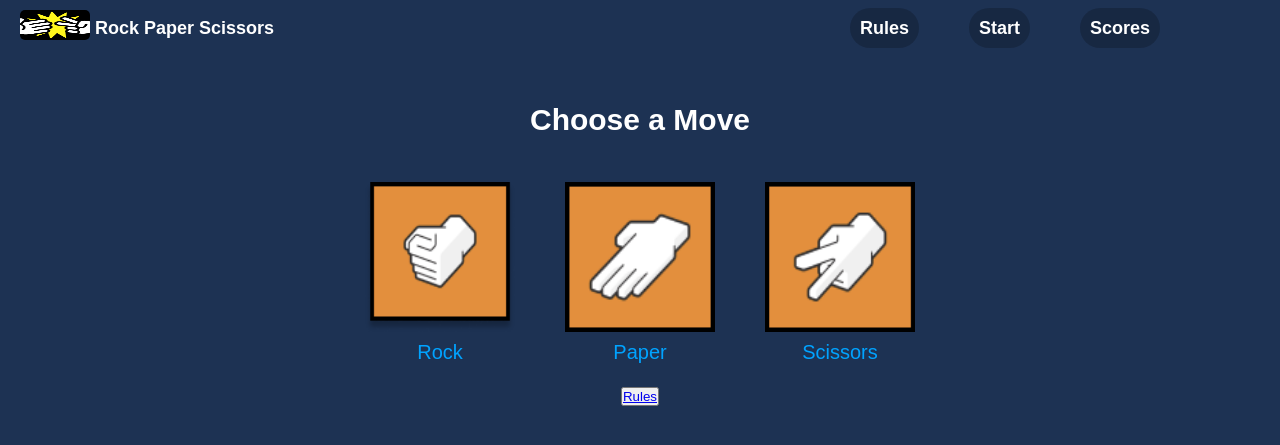
Repository: MikkyPrestige/rock-paper-scissors
Page: game.html
These files come from the project's save history. The page is drawn as it stood at one moment and after the next save; the edit follows.
The browser window is 1280 px wide. The pictures show the whole page.

Above is the page before, as saved 2023-05-08 06:45:48.

### game.html
<!DOCTYPE html>
<html lang="en">

<head>
  <meta charset="UTF-8">
  <meta http-equiv="X-UA-Compatible" content="IE=edge">
  <meta name="viewport" content="width=device-width, initial-scale=1.0">
  <title>Rock, Paper, Scissors</title>
  <link rel="stylesheet" href="./index.css">
</head>

<body>
  <main>
    <header>
      <figure class="headerLogo">
        <a href="/">
          <img src="./img/logo.png" alt="Logo" class="logo">
        </a>
        <figcaption class="logoCaption">Rock Paper Scissors</figcaption>
      </figure>
      <nav>
        <ul>
          <li><a href="#rule">Rules</a></li>
          <li><a href="./game.html">Start</a></li>
          <li><a href="#">Scores</a></li>
        </ul>
      </nav>
    </header>
    <section class="game">
      <h1 class="game--title">Choose a Move</h1>
      <figure class="game--images">
        <div class="game--img">
          <img src="./img/rock.png" alt="Rock image">
          <figcaption class="game--caption">Rock</figcaption>
        </div>
        <div class="game--img">
          <img src="./img/paper.png" alt="paper image">
          <figcaption class="game--caption">Paper</figcaption>
        </div>
        <div class="game--img">
          <img src="./img/scissors.png" alt="scissors image">
          <figcaption class="game--caption">Scissors</figcaption>
        </div>
      </figure>
      <button class="rule-btn">
        <a href="./index.html#rule">Rules</a>
      </button>
    </section>
  </main>
</body>

</html>

### index.css
*,
*::after,
*::before {
  box-sizing: border-box;
  margin: 0;
  padding: 0;
}

html {
  font-size: 62.5%;
}

body {
  font-family: "Fira Sans", sans-serif;
  font-size: 1.6rem;
  line-height: 1.5;
  background: rgba(29, 50, 83, 1);
  color: rgba(255, 255, 255, 1);
  width: 100%;
  height: 100%;
}

main {
  display: flex;
  flex-direction: column;
  justify-content: center;
  align-items: center;
  gap: 2rem;
  height: 100%;
  width: 100%;
}

header {
  display: flex;
  justify-content: space-between;
  align-items: center;
  padding: 1rem 2rem;
  width: 100%;
  height: auto;
}

.headerLogo {
  display: flex;
  align-items: center;
  gap: .5rem;
  height: auto;
}

.logo {
  width: 7rem;
  height: 3rem;
  border-radius: .5rem;
  -webkit-border-radius: .5rem;
  -moz-border-radius: .5rem;
  -ms-border-radius: .5rem;
  -o-border-radius: .5rem;
}

.logoCaption {
  font-size: 1.8rem;
  font-weight: 600;
  color: rgba(255, 255, 255, 1);
}

nav {
  height: auto;
  margin-right: 10rem;
}

ul {
  display: flex;
  justify-content: center;
  align-items: center;
  gap: 5rem;
  list-style: none;
}

li a {
  font-size: 1.8rem;
  font-weight: 600;
  color: rgba(255, 255, 255, 1);
  background: linear-gradient(0deg, rgba(0, 0, 0, 0.2), rgba(0, 0, 0, 0.2)), #1D3253;
  text-decoration: none;
  padding: 1rem;
  border-radius: 2rem;
}

li a:hover {
  background: rgba(255, 255, 255, 1);
  color: rgba(29, 50, 83, 1);
  text-decoration: underline;
}

.home {
  display: flex;
  justify-content: center;
  align-items: center;
  width: 100%;
  height: 70vh;
}

.images {
  position: relative;
  height: 100%;
  flex-basis: 30%;
}

.img {
  background: rgba(253, 253, 253, 0.9);
  border-radius: 50%;
  -webkit-border-radius: 50%;
  -moz-border-radius: 50%;
  -ms-border-radius: 50%;
  -o-border-radius: 50%;
  width: 15rem;
  height: 15rem;
}

.rock {
  position: absolute;
  top: 5rem;
  left: 0rem;
}

.paper {
  position: absolute;
  top: 5rem;
  right: 5rem;
}

.scissors {
  position: absolute;
  bottom: 5rem;
  left: 8rem;
}

.content {
  display: flex;
  flex-direction: column;
  justify-content: center;
  align-items: center;
  gap: 2rem;
}

.content--title {
  font-size: 3.6rem;
  font-weight: 600;
  width: 70%;
  text-transform: uppercase;
}

.content-rock {
  color: rgba(195, 183, 183, 1);
}

.content-scissors {
  color: rgba(233, 35, 35, 1);
}

.content--text {
  font-size: 2.5rem;
  font-weight: 400;
  width: 70%;
}

.fun {
  color: rgba(233, 35, 35, 1);
}

.btn {
  width: 13rem;
  height: 5rem;
  background: #2C7AF0;
  border-radius: 1rem;
  -webkit-border-radius: 1rem;
  -moz-border-radius: 1rem;
  -ms-border-radius: 1rem;
  -o-border-radius: 1rem;
  border: none;
  margin-top: 5rem;
  transition: all .3s ease-in-out;
  -webkit-transition: all .3s ease-in-out;
  -moz-transition: all .3s ease-in-out;
  -ms-transition: all .3s ease-in-out;
  -o-transition: all .3s ease-in-out;
}

.btn a {
  text-decoration: none;
  font-size: 2rem;
  color: rgba(255, 255, 255, 1);
  cursor: pointer;
}

.btn a:hover {
  color: rgba(44, 122, 240, 1);
}

.btn:hover {
  background: rgba(255, 255, 255, .7);
}

.rule {
  width: 100%;
  height: 100%;
  background: #D0CEC9;
}

.rule--container {
  display: flex;
  flex-direction: column;
  justify-content: center;
  align-items: center;
  gap: 1rem;
  margin: 2rem;
}

.rule--title {
  font-size: 3rem;
  font-weight: 600;
  color: #000;
}

.rule--content {
  display: flex;
  justify-content: space-around;
  align-items: center;
}

.rule--img {
  width: 35rem;
  height: 35rem;
}

.rule--para {
  background: #C4C4C4;
  width: 50%;
  text-align: center;
  padding: 2rem 5rem;
  border-radius: 3rem;
  -webkit-border-radius: 3rem;
  -moz-border-radius: 3rem;
  -ms-border-radius: 3rem;
  -o-border-radius: 3rem;
  display: flex;
  flex-direction: column;
  justify-content: center;
  align-items: center;
  gap: 1rem;
}

.rule--text {
  color: rgba(0, 163, 255, 1);
}

.game {
  display: flex;
  flex-direction: column;
  justify-content: center;
  align-items: center;
  gap: 2rem;
  width: 100%;
  height: 100%;
}

.game--title {
  font-size: 3rem;
  font-weight: 600;
  margin: 2rem;
}

.game--images {
  display: flex;
  justify-content: center;
  align-items: center;
  gap: 5rem;
  width: 100%;
}

.game--img {
  display: flex;
  flex-direction: column;
  justify-content: center;
  align-items: center;
  gap: .5rem;
}

.game--img img {
  width: 15rem;
  height: 15rem;
}

.game--caption {
  font-size: 2rem;
  color: rgba(0, 163, 255, 1);
}

footer {
  margin: 1rem auto;
}

.footer--text {
  font-family: "Inter";
}

.footer--link {
  color: rgba(44, 122, 240, 1);
  text-decoration: none;
}

After the next save:
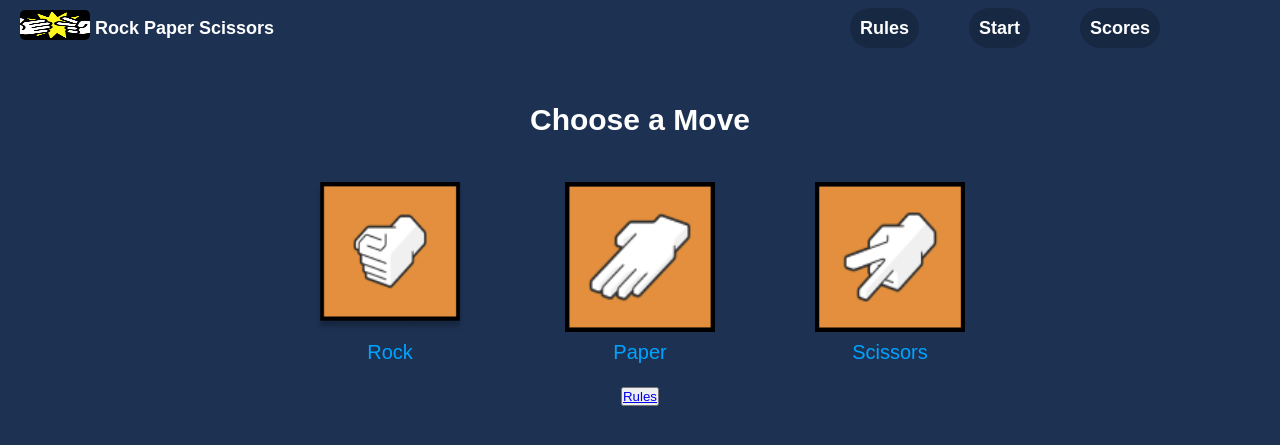
Saved 6 s later.
--- a/index.css
+++ b/index.css
@@ -273,7 +273,7 @@ li a:hover {
   display: flex;
   justify-content: center;
   align-items: center;
-  gap: 5rem;
+  gap: 10rem;
   width: 100%;
 }
 
